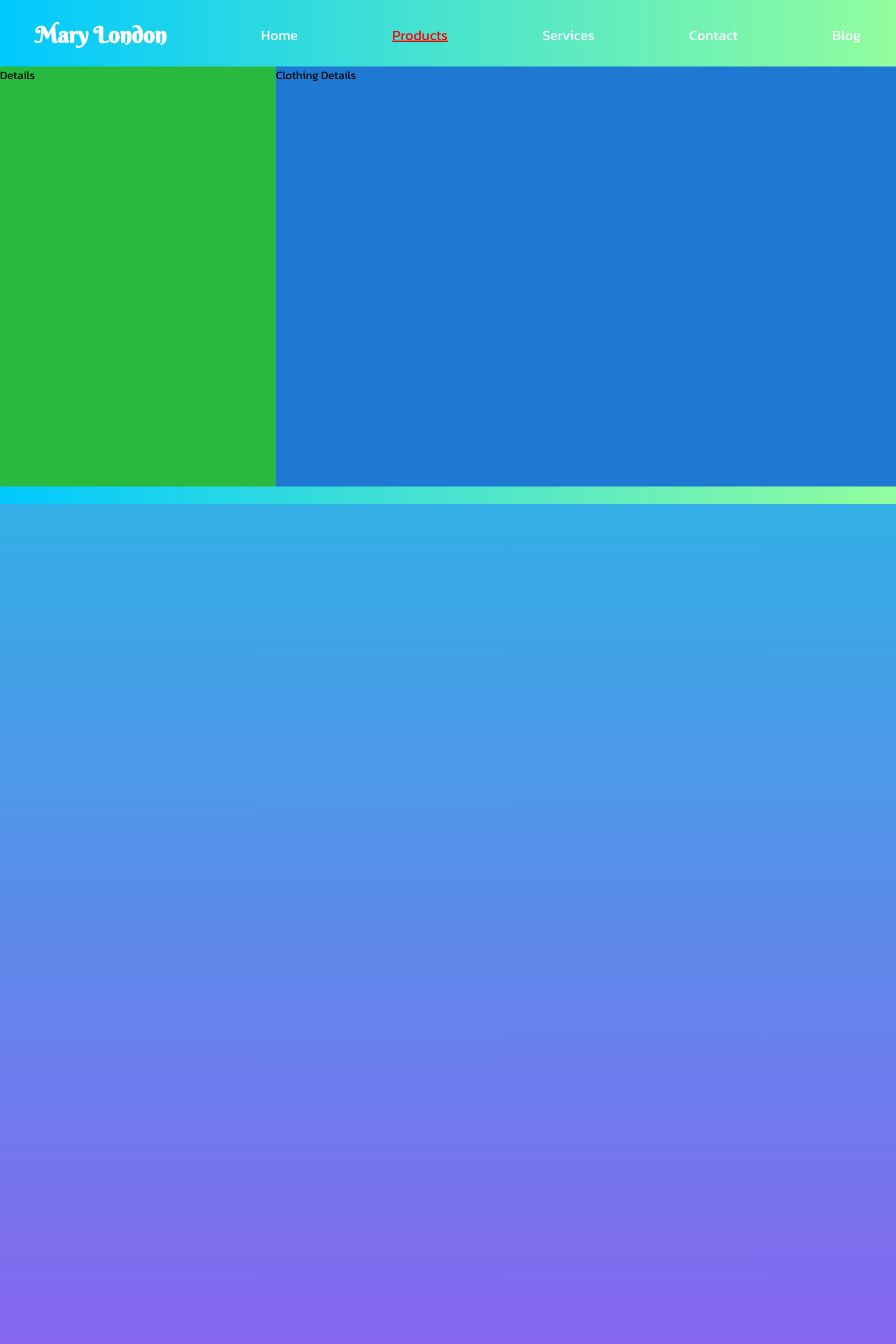
Repository: Habeebur1493/test2
Page: /products/clothing
An editor plug-in stored every save of this project. The page is shown before and after the next save, followed by the edit.
The browser window is 1280 px wide. The pictures show the part of the page from y = 0 to 1920 px (the page is 3600 px tall), at 70% of full size.
The project was rebuilt for these pictures with package versions that can differ from the ones it lists, and the page was loaded fresh each time. Also part of the build but not shown: vite.config.js, src/Frontend/Loader/loaderstyle.css, src/Frontend/Firstpage/Home.jsx, src/Frontend/Firstpage/Products.jsx, src/Frontend/Firstpage/Services.jsx, src/Frontend/Firstpage/Contact.jsx, src/Frontend/Firstpage/Blog.jsx.

Above is the page before, as saved 2024-12-28 23:09:27.

### index.html
<!doctype html>
<html lang="en">
  <head>
    <meta charset="UTF-8" />
    <meta name="viewport" content="width=device-width, initial-scale=1.0" />
    <link rel="stylesheet" href="https://fonts.googleapis.com/css2?family=Archivo:ital,wght@0,100..900;1,100..900&display=swap">
    <link href='https://unpkg.com/boxicons@2.1.4/css/boxicons.min.css' rel='stylesheet'>
    <title>MaryLondon</title>
  </head>
  <body>


    <div id="root"></div>
    <script type="module" src="/src/main.jsx"></script>
  </body>
</html>

### src/main.jsx
import { createRoot } from "react-dom/client";
import "./index.css";
import App from "./App";
import FrontendContext from "./context/FrontendContext";
import { BrowserRouter } from "react-router-dom";

createRoot(document.getElementById("root")).render(
  <FrontendContext>
    <BrowserRouter>
      <App />
    </BrowserRouter>
  </FrontendContext>
);

### src/App.jsx
import React from "react";
import { Route, Routes } from "react-router-dom";
import Pageloader from "./Frontend/Loader/PageLoader";
import Page1 from "./Frontend/Firstpage/Page1";
import Home from "./Frontend/Firstpage/Home";
import Products from "./Frontend/Firstpage/Products";
import Services from "./Frontend/Firstpage/Services";
import Contact from "./Frontend/Firstpage/Contact";
import Blog from "./Frontend/Firstpage/Blog";
import Nav from "./Frontend/Firstpage/Nav";
import "./App.css";
import "./Frontend/Firstpage/page1.css";
import "./Frontend/Loader/loaderstyle.css";
import ClothingDetails from "./Frontend/Firstpage/ClothingDetails";

const App = () => {
  const banners = [
    "https://s7ap1.scene7.com/is/image/adityabirlafashion/AS_D_HB_285_11_24_WinterRetreat_V1?resMode=sharp2&wid=1600&hei=642",
    "https://m.media-amazon.com/images/S/aplus-media-library-service-media/a79fdedf-c088-4a27-925a-5948d42135e6.__CR0,0,1464,600_PT0_SX1464_V1___.jpg",
    "https://images.hindustantimes.com/tech/img/2021/10/06/1600x900/IMG-20211005-WA0007_1633522371964_1633522436021.jpg",
    "https://www.sony.co.in/content/dam/sony/contents/regional-FSMC/india/common/homepage/primary-tout/2024/cich-bravia/CICH-Banner_D.jpg",
    "https://www.boat-lifestyle.com/cdn/shop/files/480_Desktop_2_1440x.png?v=1733813003",
    "https://graphicsfamily.com/wp-content/uploads/2020/07/Shoes-Advertising-Banner-Design-Template-1536x864.jpg",
  ];

  return (
    <div>
      <Pageloader />
      <Page1 />
      <Nav />
      <Routes>
        <Route path="/" element={<Home banners={banners} />} />
        <Route path="/products" element={<Products />} />
        <Route path="/products/:category" element={<ClothingDetails />} />
        <Route path="/services" element={<Services />} />
        <Route path="/contact" element={<Contact />} />
        <Route path="/blog" element={<Blog />} />
      </Routes>
    </div>
  );
};

export default App;

### src/context/FrontendContext.jsx
import { createContext, useState } from "react";




export const datacontext = createContext(null);

const FrontendContext = (props) => {
  const [data, setData] = useState("");

return (
  <datacontext.Provider value={[data, setData]}>
    {props.children}
  </datacontext.Provider>
);
};

export default FrontendContext;

### src/Frontend/Loader/PageLoader.jsx
import React, { useState, useEffect } from "react";
import { gsap } from "gsap";
import "./loaderstyle.css";





const App = () => {
  const [showScreen, setShowScreen] = useState(true);

  // Helper function to split text into individual letters
  const splitText = (text) =>
    text.split("").map((char, index) => (
      <span key={index} className="letter">
        {char}
      </span>
    ));

  // Part 1: Animation for spinning letters
  useEffect(() => {
    const letters = document.querySelectorAll(".letter");

    const animation = gsap.fromTo(
      letters,
      { rotationY: 0 },
      {
        rotationY: 360,
        duration: 1,
        repeat: -1,
        ease: "power1.inOut",
        stagger: 0.1,
      }
    );

    return () => {
      animation.kill();
    };
  }, []);

  // Part 2: Screen timeout
  useEffect(() => {
    const timer = setTimeout(() => {
      setShowScreen(false);
    }, 3000);

    return () => clearTimeout(timer);
  }, []);

  return (
    <div>
      {showScreen ? (
        <div className="screen">
          <div className="text-container">
            <div className="text">{splitText("Mary")}</div>
            <div className="loader"></div>
            <div className="text">{splitText("London")}</div>
          </div>
        </div>
      ) : (
        <div>

        </div>
      )}
    </div>
  );
};

export default App;

### src/Frontend/Firstpage/Page1.jsx
import React from "react";
import "./page1.css";


const Page1 = () => {
  return (
    <div className="page1">

    </div>
  );
};

export default Page1;

### src/Frontend/Firstpage/Nav.jsx
import React, { useEffect } from "react";
import { NavLink } from "react-router-dom";
import gsap from "gsap";
import "./page1.css";

const Nav = () => {
  const activeStyle = {
    textDecoration: "underline",
    color: "red",

};

  useEffect(() => {
    const navLinks = document.querySelectorAll("nav a");


    // Animate the navigation links
    gsap.from(navLinks, {
      opacity: 0,
      x: -50,
      duration: 1,
      delay: 4,
      stagger: 0.2, // Adds a delay between each link
    });
  }, []);

  return (
    <nav>
      <h1>Mary London</h1>

      <NavLink to="/" style={({ isActive }) => (isActive ? activeStyle : null)}>
        Home
      </NavLink>
      <NavLink to="/products" style={({ isActive }) => (isActive ? activeStyle : null)}>
        Products
      </NavLink>
      <NavLink to="/services" style={({ isActive }) => (isActive ? activeStyle : null)}>
        Services
      </NavLink>
      <NavLink to="/contact" style={({ isActive }) => (isActive ? activeStyle : null)}>
        Contact
      </NavLink>
      <NavLink to="/blog" style={({ isActive }) => (isActive ? activeStyle : null)}>
        Blog
      </NavLink>
    </nav>
  );
};

export default Nav;

### src/App.css
@import url('https://fonts.googleapis.com/css2?family=Berkshire+Swash&display=swap');



body{
    background-color: #cc9b9b;
}

nav{
    display: flex;
    justify-content: space-between;
    align-items: center;
    padding: 0px 50px;
    background-color: #b9abf700;
    color: #fff;


}
nav ul{
    display: flex;
    list-style: none;
    gap: 10px;
    font-size: 20px;
    padding: 20px;
    font-weight: 600;


}
nav ul li a{
    cursor: pointer;
    text-decoration: none;
    color: #fff;

}


.page1{
    height: 100%;
    width: 100%;

}

.logo{
    display: flex;
    align-items: center;
    margin-top: 20px;
}
.logo img{
    width: 120px;
    height: 120px;
    padding-bottom: 15px;
}

.logo h1{
    font-size: 32px;
    color: black;
    font-weight: 900;
    font-family: Berkshire Swash;
    border-bottom: 5px solid black;
    display: inline-block;
    width: 160px;
    text-align: center;

}

### src/Frontend/Firstpage/page1.css
@import url('https://fonts.googleapis.com/css2?family=Berkshire+Swash&display=swap');
@import url('https://fonts.googleapis.com/css2?family=Kanit:ital,wght@0,100;0,200;0,300;0,400;0,500;0,600;0,700;0,800;0,900;1,100;1,200;1,300;1,400;1,500;1,600;1,700;1,800;1,900&display=swap');


*{
  margin: 0;
  padding: 0;
  box-sizing: border-box;
}

html, body{
  height: 500vh;
  width: 100%;
}

body{
  font-family: "Kanit", serif;
  background-image: linear-gradient(to top, #fc00ff, #00dbde);
}


nav{
    display: flex;
    justify-content: space-evenly;
    align-items: center;
    gap: 10px;
    height: 100px;
    width: 100%;
    font-family: "Kanit", serif;
    position: fixed;
    z-index: 1;
    font-size: 20px;
    color: #fff;
}


.page1{
    height: 100%;
    width: 100%;
}
nav h1{
    font-size: 32px;
    color: #fff;
    font-weight: 900;
    font-family: Berkshire Swash;
    text-align: center;
}

.slider-container {
    position: relative;
    width: 80%;
    height: 600px;
    overflow: hidden;
    margin: 0 auto;
    padding-top: 150px;
}

  .slider-wrapper {
    width: 100%;
    height: 100%;
  }

  .slider-content {
    display: flex;
    transition: transform 0.3s ease-in-out;
    height: 100%;
  }

  .slide {
    width: 100%;
    height: 100%;
    flex-shrink: 0;
  }

  .prev-button,
  .next-button {
    position: absolute;
    top: 60%;
    transform: translateY(-50%);
    background: rgba(238, 236, 236, 0.5);
    color: white;
    border: none;
    padding: 10px 15px;
    cursor: pointer;
    z-index: 1000;
    border-radius: 50%;
}

  .prev-button {
    left: 10px;
  }

  .next-button {
    right: 10px;
  }

  .dots {
    position: absolute;
    bottom: 15px;
    left: 50%;
    transform: translateX(-50%);
    display: flex;
    gap: 5px;
  }

  .dot {
    width: 10px;
    height: 10px;
    background: white;
    border-radius: 50%;
    cursor: pointer;
  }

  .dot.active {
    background: black;
  }


  .container{
    grid-template-rows: 2fr 1fr 1fr;
    grid-template-columns: 1fr 1fr 1fr;
    display: grid;
    justify-items: center;
    align-items: center;
    height: 100vh;
    width: 100%;
    z-index: 1;
    padding-top: 90px;
    padding-left: 50px;

  }

  .container .box1{
    background-color: blue;
    height: 200px;
    width: 400px;
    box-shadow: 0 0 10px rgba(0, 0, 0, 0.2);
    transition: transform 0.3s ease-in-out;
    cursor: pointer;
  }
  .container .box2{
    background-color: blue;
    height: 200px;
    width: 400px;
    box-shadow: 0 0 10px rgba(0, 0, 0, 0.2);
    transition: transform 0.3s ease-in-out;
    cursor: pointer;
  }
  .container .box3{
    background-color: blue;
    height: 200px;
    width: 400px;
    box-shadow: 0 0 10px rgba(0, 0, 0, 0.2);
    transition: transform 0.3s ease-in-out;
    cursor: pointer;
  }
 .container .box4{
    background-color: blue;
    height: 200px;
    width: 400px;
    box-shadow: 0 0 10px rgba(0, 0, 0, 0.2);
    transition: transform 0.3s ease-in-out;
    cursor: pointer;
  }
  .container .box5{
    background-color: blue;
    height: 200px;
    width: 400px;
    box-shadow: 0 0 10px rgba(0, 0, 0, 0.2);
    transition: transform 0.3s ease-in-out;
    cursor: pointer;
  }
  .container .box6{
    background-color: blue;
    height: 200px;
    width: 400px;
    box-shadow: 0 0 10px rgba(0, 0, 0, 0.2);
    transition: transform 0.3s ease-in-out;
    cursor: pointer;


}

  .container .box1:hover{
    transform: scale(1.1);
  }
  .container .box2:hover{
    transform: scale(1.1);
  }
  .container .box3:hover{
    transform: scale(1.1);
  }
  .container .box4:hover{
    transform: scale(1.1);
  }
  .container .box5:hover{
    transform: scale(1.1);
  }
  .container .box6:hover{
    transform: scale(1.1);
  }


  .container h1{
    text-align: center;
    color: #fff;
    font-family: 'Gill Sans', 'Gill Sans MT', Calibri, 'Trebuchet MS', sans-serif;
    font-size: 30px;
  }


  .ClothingDetails{
    background-image: linear-gradient(to right, #00C9FF,#92FE9D);
  }


  .container1{
  display: flex;
  justify-content: center;
  align-items: center;
  height: 100vh;
  width: 100%;
}

  .column1{
    height: 600px;
    width: 400px;
    background-color: #29b93f;
    margin-top: 70px;
  }

  .column2{
    height: 600px;
    width: 900px;
    background-color: #1e79d3;
    margin-top: 70px;
  }

### src/Frontend/Firstpage/ClothingDetails.jsx
import React from "react";
import "./page1.css";
import { useNavigate, useParams, useLocation } from "react-router-dom";

const ClothingDetails = () => {
  const params = useParams();
  const loacation = useLocation();

  console.log(loacation);

  return (
    <div className="ClothingDetails">
      <div className="container1">

        <div className="column1">
        <h1>Details</h1>
        </div>

        <div className="column2">
          <h1>Clothing Details</h1>
        </div>

      </div>
    </div>
  );
};

export default ClothingDetails;

Loaded but not shown: src/index.css (common file); tailwind.config.js (common file)

After the next save:
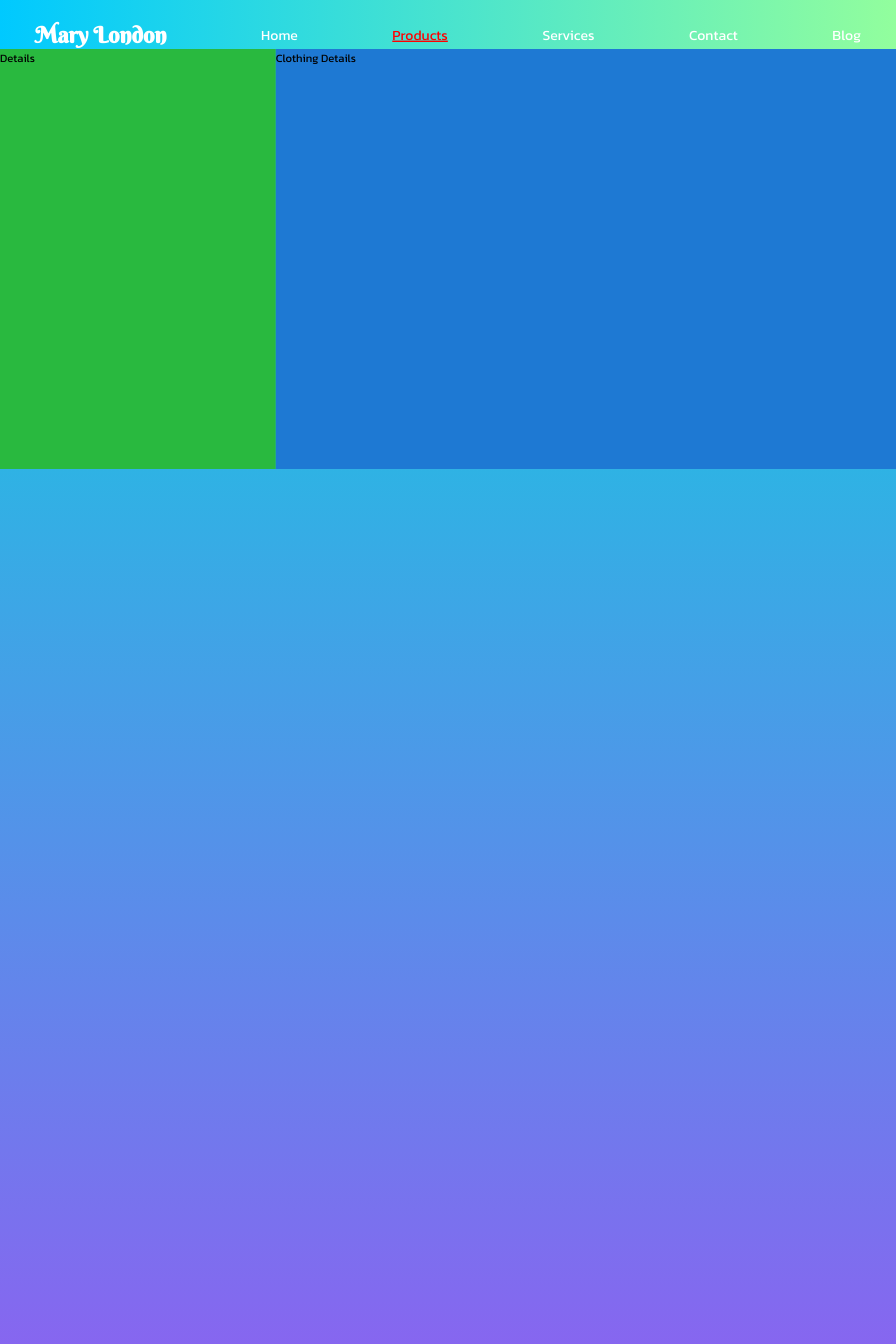
Saved 19 s later.
--- a/src/Frontend/Firstpage/page1.css
+++ b/src/Frontend/Firstpage/page1.css
@@ -218,8 +218,7 @@ nav h1{
   display: flex;
   justify-content: center;
   align-items: center;
-  height: 100vh;
-  width: 100%;
+
 }
 
   .column1{
